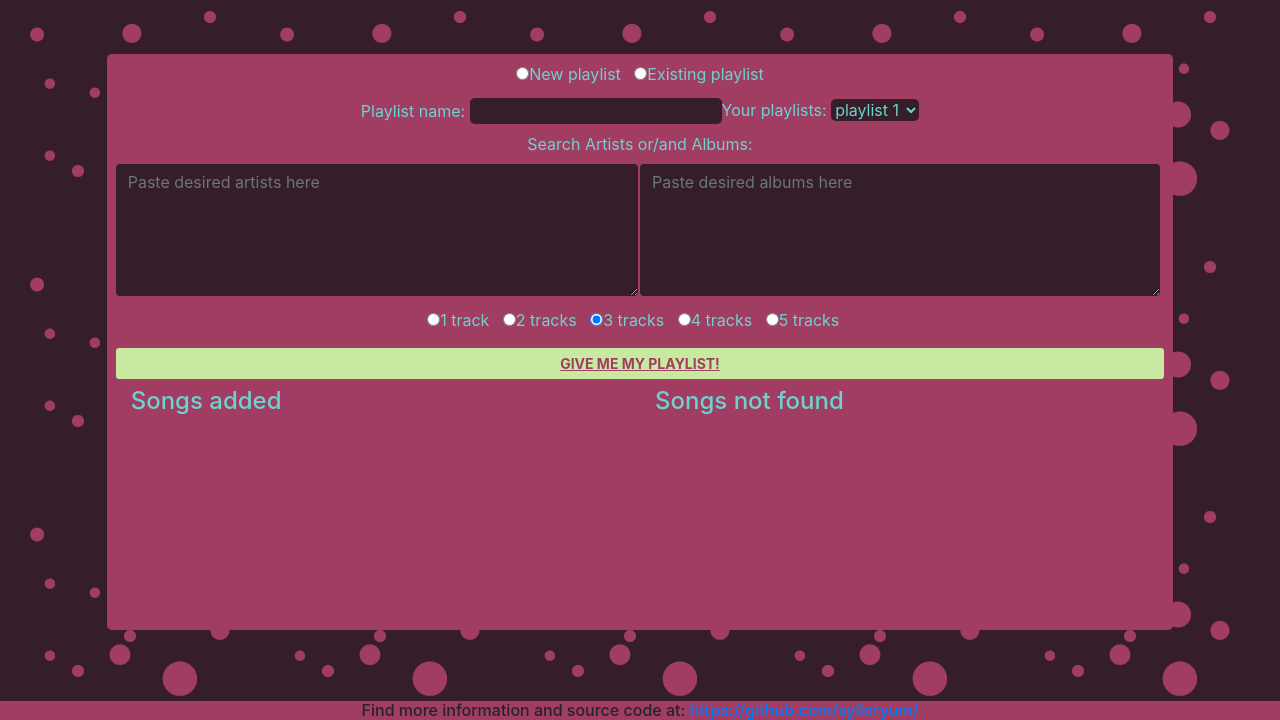
Repository: sylleryum/Frontend
Page: GetTopTracks/index.html
An editor plug-in stored every save of this project. The page is shown before and after the next save, followed by the edit.
The browser window is 1280 px wide. The pictures show the whole page.
The pointer rests on the first visible `button`.

Above is the page before, as saved 2019-10-13 18:11:26.

### GetTopTracks/index.html
<!doctype html>
<html lang="en">

<head>
     <title>Get top tracks from Artists and albums</title>
     <!-- Required meta tags -->
     <meta charset="utf-8">
     <meta name="viewport" content="width=device-width, initial-scale=1, shrink-to-fit=no">

     <!-- Bootstrap CSS -->
     <link rel="stylesheet" href="https://stackpath.bootstrapcdn.com/bootstrap/4.3.1/css/bootstrap.min.css"
          integrity="sha384-ggOyR0iXCbMQv3Xipma34MD+dH/1fQ784/j6cY/iJTQUOhcWr7x9JvoRxT2MZw1T" crossorigin="anonymous">

     <!-- main CSS-->
     <link rel="stylesheet" href="style.css">

</head>

<body class="background-master">
     <form action="searchTrack" id="submit-btn" onsubmit="return validation()">
          <div class="container-fluid h-95">
               <div class="row align-items-center justify-content-center h-95">
                    <div class="h-80 col col-md-10 bg-4 text-1 rounded-lg pl-4 pr-4 pt-2 overflow-auto"  id="internal-container">

                         <div class="row main-select pb-1 justify-content-center">
                              <label><input type="radio" id="rNew" name="playlistRadio" value="new"
                                   onchange="radioChecker()">New
                              playlist&nbsp;&nbsp;&nbsp;</label>
                              <label><input type="radio" id="rExisting" name="playlistRadio" value="existing"
                                   onchange="radioChecker()">Existing
                              playlist</label>
                         </div>
                         <div class="row main-playlist pb-2 justify-content-center">
                              <div id="new-playlist" class="block-style">
                                   Playlist name: <input type="text" class="rounded-lg border-0 bg-5 text-1" id="playlistName"
                                        name="playlistName" />
                              </div>
                              <div id="existing-playlist" class="block-style">
                                   <span>Your playlists:</span>
                                   <select name="selectPlaylist" class="rounded-lg border-0 bg-5 text-1">
                                        <option>playlist 1</option>
                                        <option>playlist 2</option>
                                        <option>playlist 3</option>
                                        <option>playlist 4</option>
                                        <!-- <c:forEach var="items" items="${playlists}">
                                        <option value="${items.getId()}">${items.getName()}</option>
                                   </c:forEach> -->
                                   </select>
                              </div>
                         </div>
                         <div class="row pb-2 justify-content-center">
                              Search Artists or/and Albums:
                         </div>
                         <div class="row main-textarea form-group pr-1 mb-0 pb-2">
                              <div class="col-md-6 p-0 mb-1">
                                   <textarea class="textarea-search form-control md-textarea bg-5 text-1 border-0" rows="5" id="searchNameArtist"
                                        name="searchNameArtist" placeholder="Paste desired artists here"></textarea>
                              </div>
                              <div class="col-md-6 p-0 small-padding">
                                   <textarea class="textarea-search form-control md-textarea bg-5 text-1 border-0" rows="5" id="searchNameAlbum"
                                        name="searchNameAlbum" placeholder="Paste desired albums here"></textarea>
                              </div>
                         </div>
                         <div class="row track-amount pb-2 justify-content-center text-center">
                              <label><input type="radio" id="rAmount1" name="playlistRadio" value="rAmount2" onchange="">1 track&nbsp;&nbsp;&nbsp;</label>
                              <label><input type="radio" id="rAmount2" name="playlistRadio" value="rAmount2" onchange="">2 tracks&nbsp;&nbsp;&nbsp;</label>
                              <label><input type="radio" id="rAmount3" name="playlistRadio" value="rAmount3" checked onchange="">3 tracks&nbsp;&nbsp;&nbsp;</label>
                              <label><input type="radio" id="rAmount4" name="playlistRadio" value="rAmount4" onchange="">4 tracks&nbsp;&nbsp;&nbsp;</label>
                              <label><input type="radio" id="rAmount5" name="playlistRadio" value="rAmount4" onchange="">5 tracks&nbsp;&nbsp;&nbsp;</label>
                         </div>
                         <div class="row main-go pb-2 justify-content-center ">
                              <button type="submit" class="btn bg-2 btn-sm btn-block text-uppercase font-weight-bold text-4" id="submit-button">
                                   Give me my playlist!
                              </button>
                         </div>

                         <div class="row results-menu">
                              <div class="success col-md-6">
                                   <h4>Songs added</h4>

                              </div>
                              <div class="failure col-md-6">
                                   <h4>Songs not found</h4>

                              </div>
                         </div>

                    </div>

               </div>

          </div>
     </form>
     <footer class="text-center m-0 p-0 bg-4 footer-clear">
          <h6 class="p-0 m-0 text-w">Find more information and source code at: <a href="https://github.com/sylleryum/">
                    https://github.com/sylleryum/</a></h6>

     </footer>







     <!-- Optional JavaScript -->
     <!-- jQuery first, then Popper.js, then Bootstrap JS -->
     <script src="https://code.jquery.com/jquery-3.3.1.slim.min.js"
          integrity="sha384-q8i/X+965DzO0rT7abK41JStQIAqVgRVzpbzo5smXKp4YfRvH+8abtTE1Pi6jizo"
          crossorigin="anonymous"></script>
     <script src="https://cdnjs.cloudflare.com/ajax/libs/popper.js/1.14.7/umd/popper.min.js"
          integrity="sha384-UO2eT0CpHqdSJQ6hJty5KVphtPhzWj9WO1clHTMGa3JDZwrnQq4sF86dIHNDz0W1"
          crossorigin="anonymous"></script>
     <script src="https://stackpath.bootstrapcdn.com/bootstrap/4.3.1/js/bootstrap.min.js"
          integrity="sha384-JjSmVgyd0p3pXB1rRibZUAYoIIy6OrQ6VrjIEaFf/nJGzIxFDsf4x0xIM+B07jRM"
          crossorigin="anonymous"></script>
</body>

</html>

### GetTopTracks/style.css
.footer-clear {
     width: 100%;
     position: fixed;
     bottom: 0%;
}

.background-master {
     background: url(images/bb.png) repeat;
}

button:hover {
     background-color: #c8e9a0!important;
     text-decoration: underline!important;
}


.h-100 {
     min-height: 100vh;
}

.h-95 {
     min-height: 95vh;
}

.h-80 {
     min-height: 80vh;
     max-height: 90vh;
}

.bg-1 {
     background: #6dd3ce!important
}

.bg-2 {
     background: #c8e9a0!important
}

.bg-3 {
     background: #f7a278!important
}

.bg-4 {
     background: #a13d63!important
}

.bg-5 {
     background: #351e29!important
}

.text-1 {
     color: #6dd3ce!important
}

.text-2 {
     color: #c8e9a0!important
}

.text-3 {
     color: #f7a278!important
}

.text-4 {
     color: #a13d63!important
}

.text-5 {
     color: #351e29!important
}

@media screen and (min-width: 767px) {
     .small-padding {
          padding-left: 2px!important;
     }
}

After the next save:
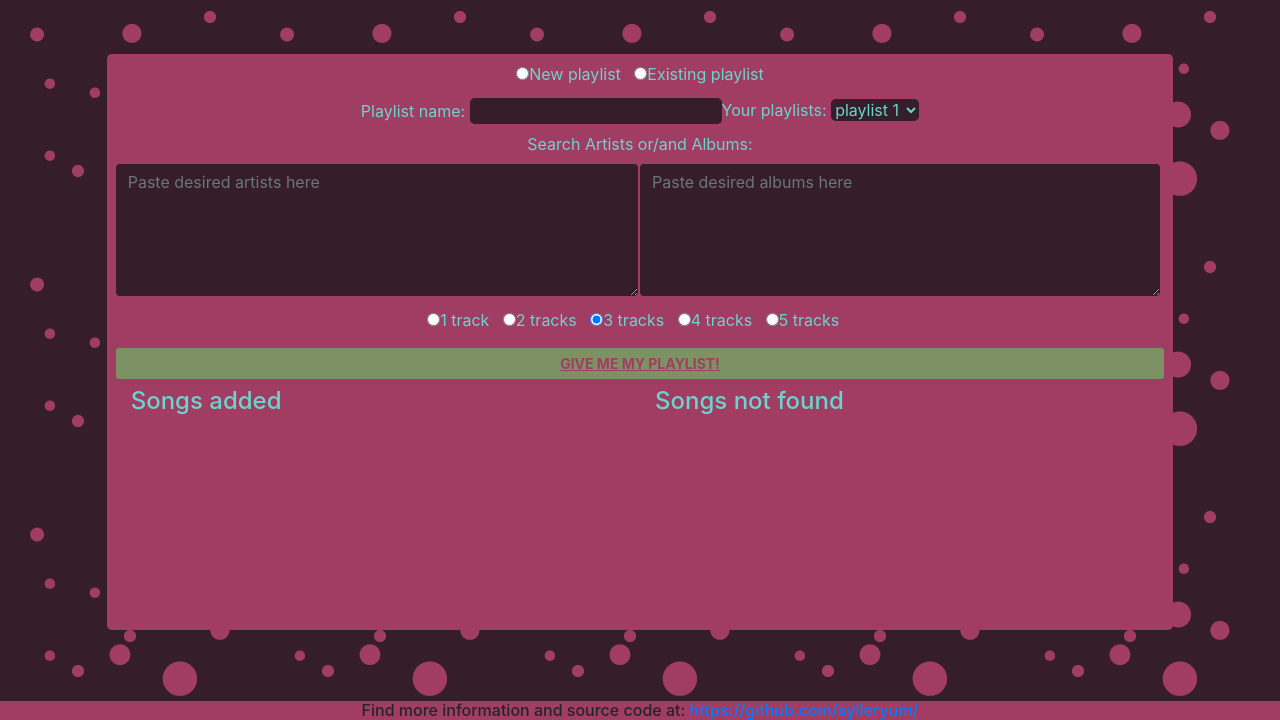
Saved 19 s later.
--- a/GetTopTracks/style.css
+++ b/GetTopTracks/style.css
@@ -9,7 +9,7 @@
 }
 
 button:hover {
-     background-color: #c8e9a0!important;
+     background-color: #7d9263!important;
      text-decoration: underline!important;
 }
 
